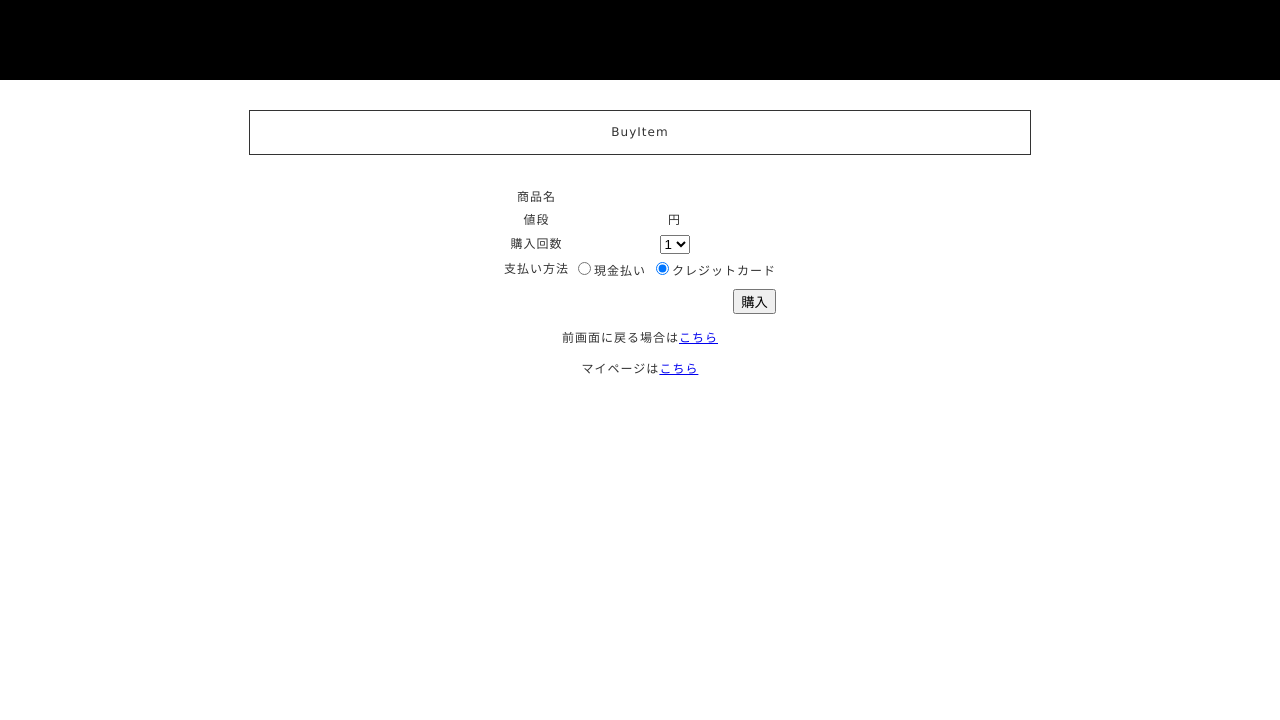
Repository: Sato718/backup
Page: http://localhost/ecsite/buyItem.jsp
These files come from the project's save history. The page is drawn as it stood at one moment and after the next save; the edit follows.
The browser window is 1280 px wide. The pictures show the whole page.
The page is served by Tomcat 9.

Above is the page before, as saved 2017-12-25 06:39:22.

After the next save:
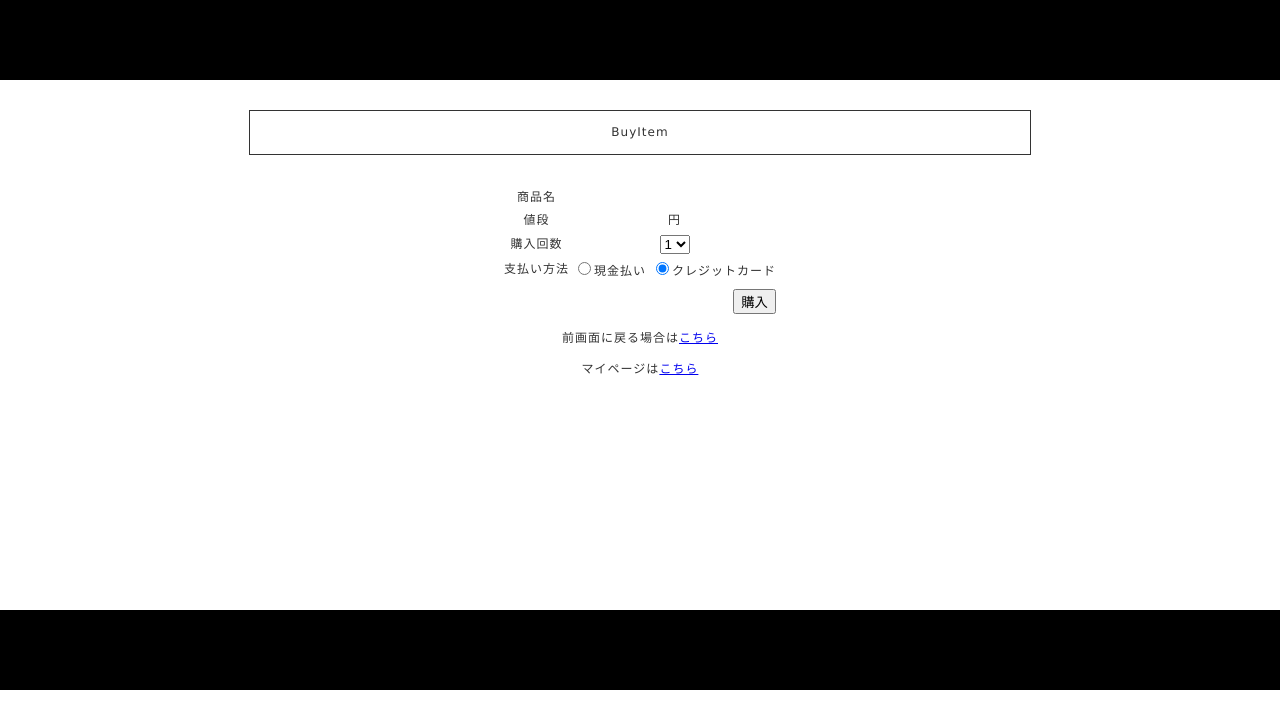
Saved 16 min 9 s later.
--- a/ecsite/WebContent/buyItem.jsp
+++ b/ecsite/WebContent/buyItem.jsp
@@ -52,7 +52,7 @@
 
 		#footer {
 			width: 100%;
-			height: 80px
+			height: 80px;
 			background-color: black;
 			clear:both;
 		}
